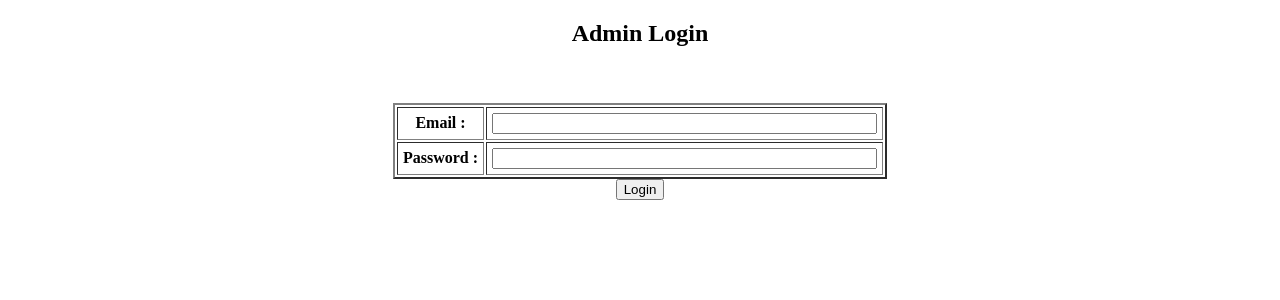
Repository: Pravesh105/FlyAway
Page: http://localhost/FlyAway/AdminLogin.jsp
The author's editor kept a copy of each file at every save. The page is drawn from the files as they stood at one save, then again after the next save.
The browser window is 1280 px wide. The pictures show the whole page.
The page is served by Tomcat 9. Other server files are loaded and not shown.

Above is the page before, as saved 2023-01-15 14:01:42.

### FlyAway/src/main/webapp/AdminLogin.jsp
<%@ page language="java" contentType="text/html; charset=ISO-8859-1"
	pageEncoding="ISO-8859-1" %>



<!DOCTYPE html>
<html>
<head>
<meta charset="ISO-8859-1">
<title>FLYAWAY.COM</title>
<style><%@include file="/WEB-INF/style.css"%></style>
</head>
<body>
	<div align="center">
		<h2>Admin Login</h2>
		&nbsp;&nbsp;&nbsp;&nbsp;
		<br><br>
		<form action="login" method="post">
			<table border="2" cellpadding="5" postion="bottom">
				<tr>
					<th>Email :</th>
					<td><input type="email" name="email" size="45" required>
					</td>
				</tr>
				<tr>
					<th>Password :</th>
					<td><input type="password" name="pwd" size="45" required>
					</td>
				</tr>
			</table>
			<input type="submit" value="Login">
		</form>
	</div>
</body>
</html>

Loaded but not shown: FlyAway/src/main/webapp/WEB-INF/style.css (common file)

After the next save:
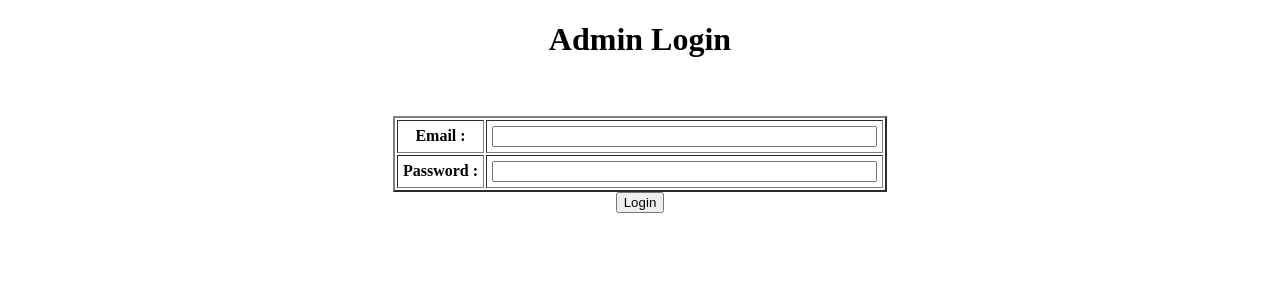
Saved 2 min 18 s later.
--- a/FlyAway/src/main/webapp/AdminLogin.jsp
+++ b/FlyAway/src/main/webapp/AdminLogin.jsp
@@ -12,7 +12,7 @@
 </head>
 <body>
 	<div align="center">
-		<h2>Admin Login</h2>
+		<h1>Admin Login</h1>
 		&nbsp;&nbsp;&nbsp;&nbsp;
 		<br><br>
 		<form action="login" method="post">
